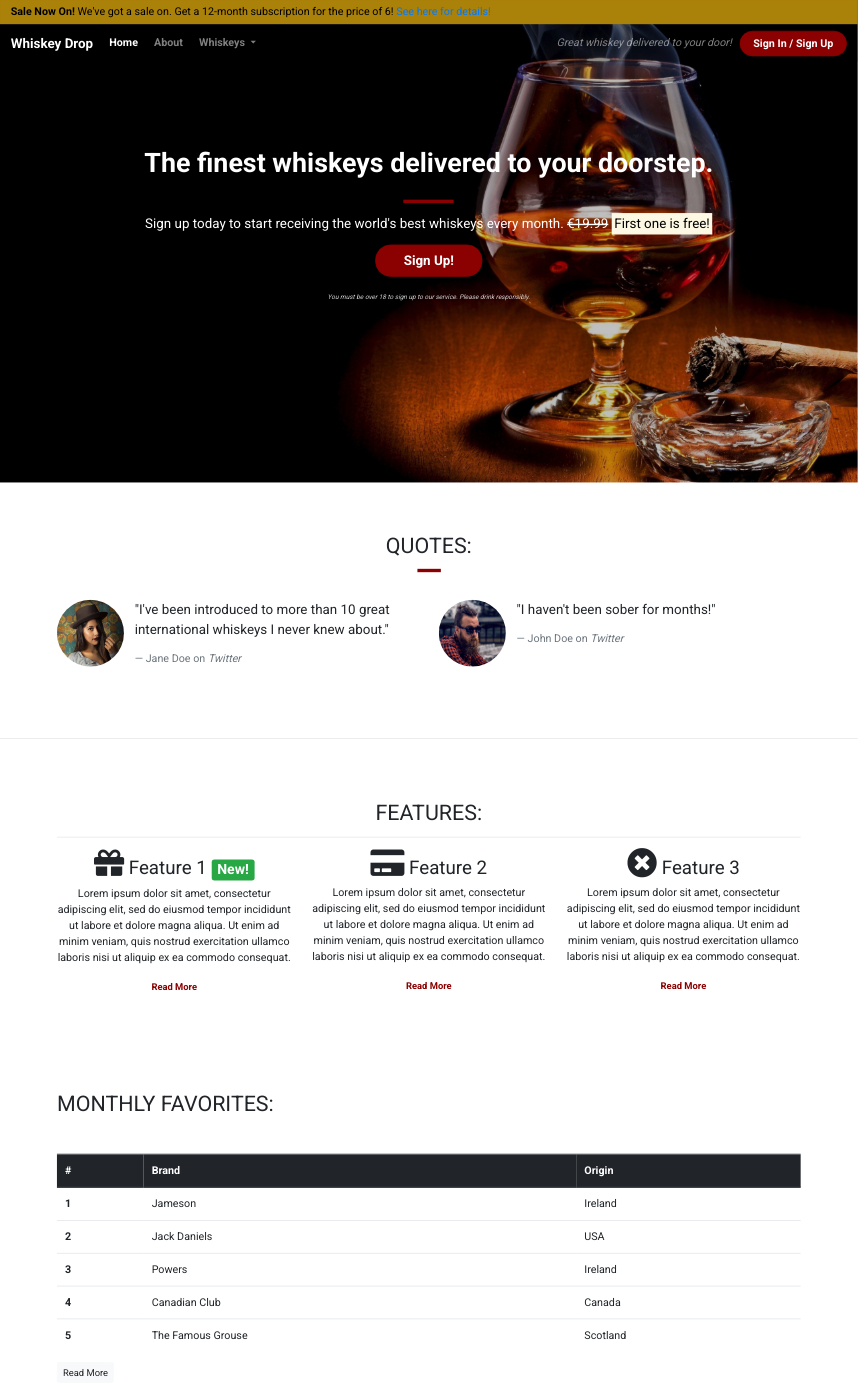
Repository: dof-bull/whiskey-drop
Page: index.html
The author's editor kept a record of every edit. The page is drawn from the files as they stood at one moment, then again after the next edit.
The browser window is 1280 px wide. The pictures show the whole page, at 67% of full size.
Backgrounds fixed to the window are drawn as part of the page. Some web libraries are served in a nearby version.

Above is the page before.

After the next edit:
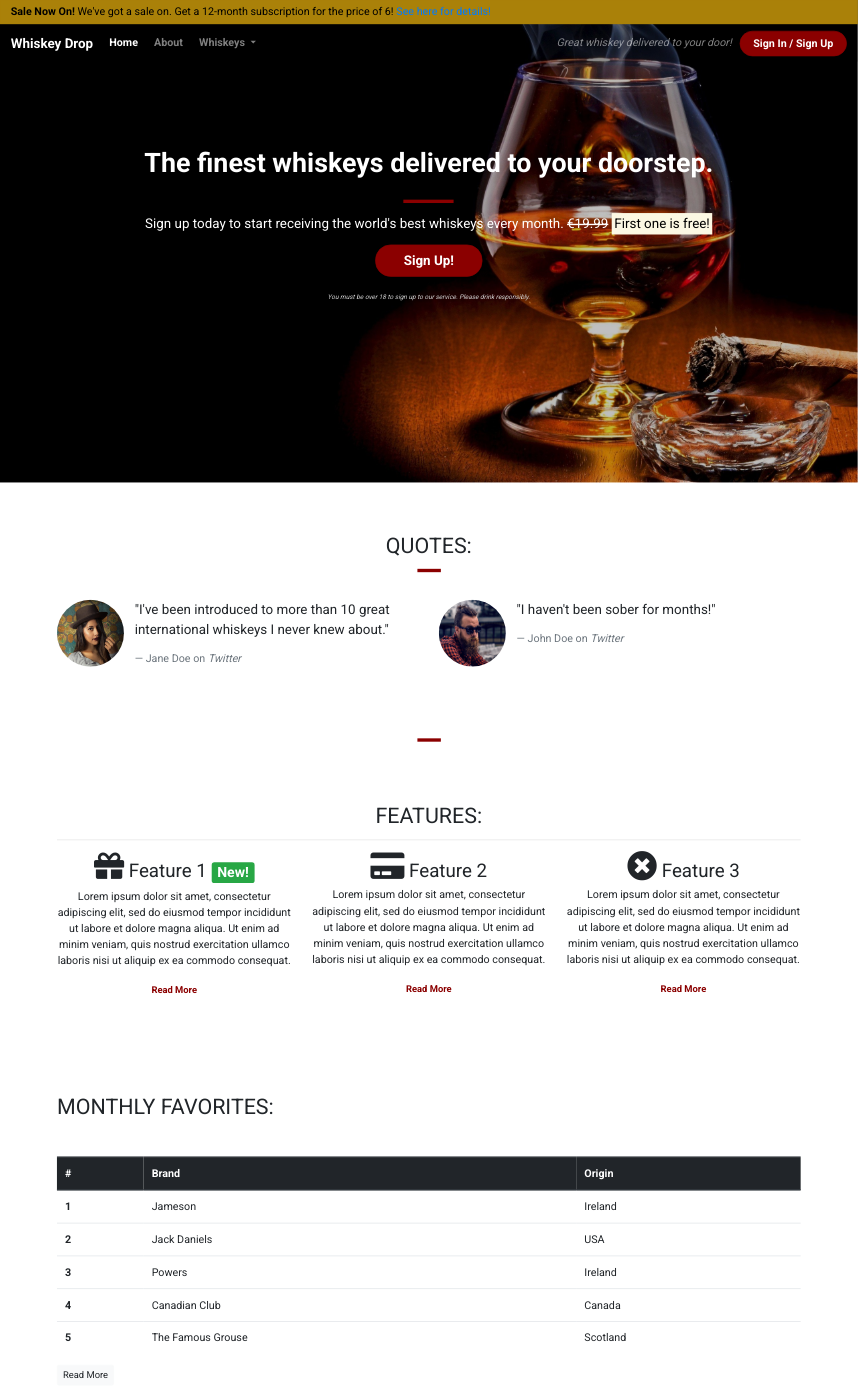
The edit:
--- a/index.html
+++ b/index.html
@@ -117,7 +117,7 @@
     </section>
   </div>
   <!-- /.quotes -->
-  <hr>
+  <hr class="block-divider block-divider--short">
   <!-- Features -->
   <div class="container features-container content-container">
     <section class="features">
